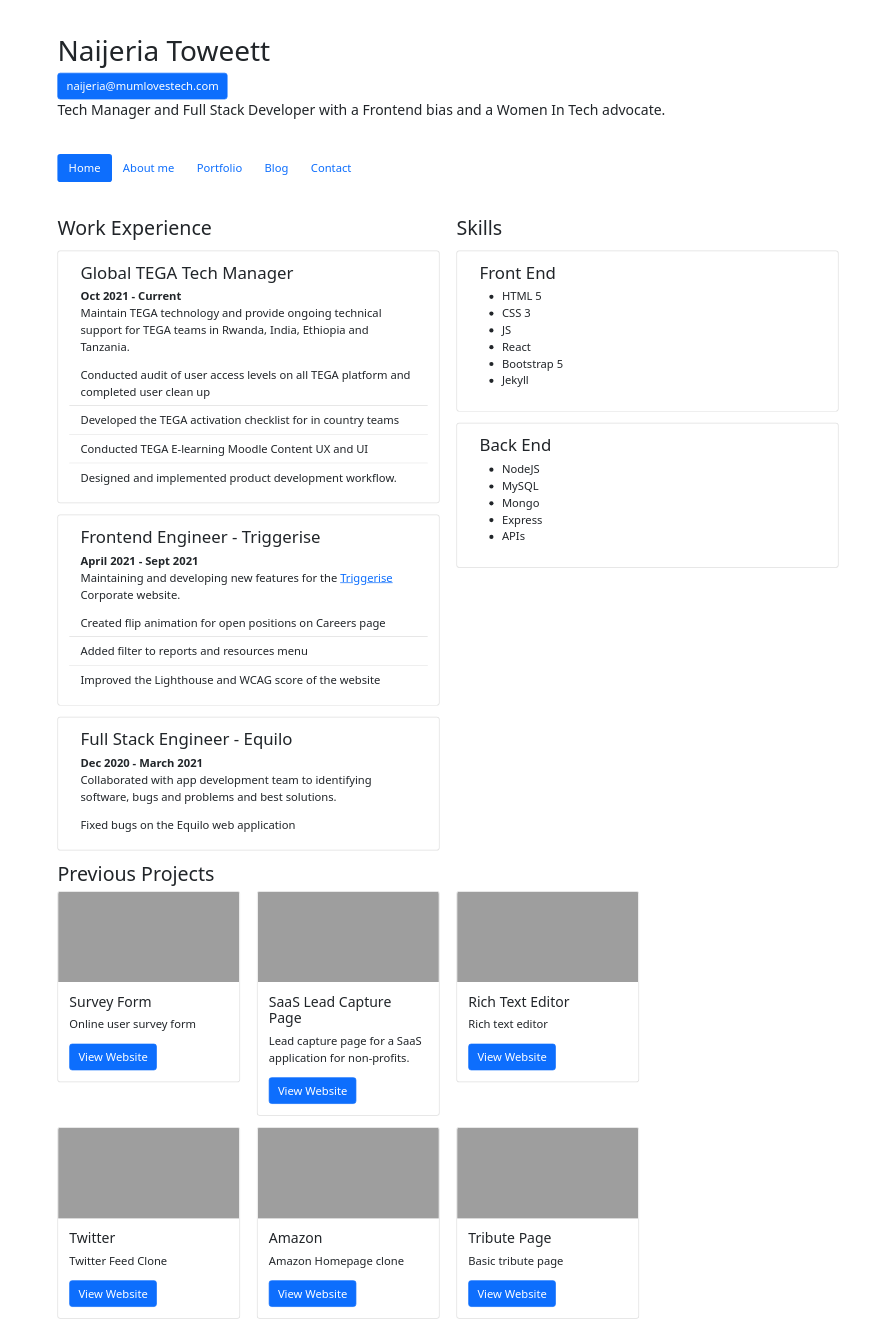
Repository: mamatechafrica/portfolio
Page: index.html
The author's editor kept a copy of each file at every save. The page is drawn from the files as they stood at one save, then again after the next save.
The browser window is 1280 px wide. The pictures show the whole page, at 70% of full size.
Pictures or frames that could not be fetched are drawn as grey boxes.

Above is the page before, as saved 2022-01-04 20:03:27.

After the next save:
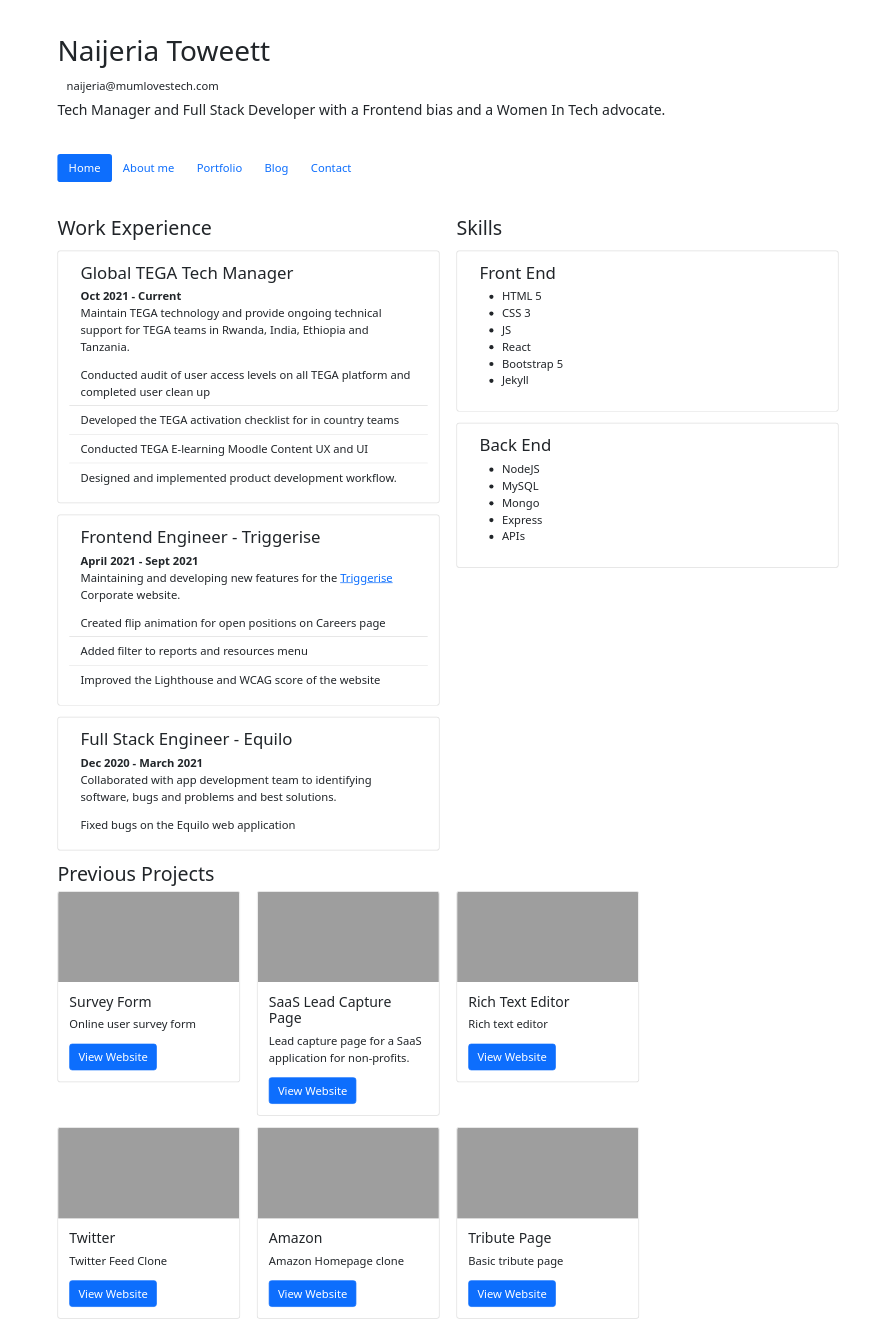
Saved 3 min 37 s later.
--- a/index.html
+++ b/index.html
@@ -13,7 +13,7 @@
     <body>
         <div class="container my-5">
             <h1>Naijeria Toweett</h1>
-            <a href="mailto:naijeria@mumlovestech.com" type="button" class="btn btn-primary">
+            <a href="mailto:naijeria@mumlovestech.com" type="button" class="btn btn-prim">
                 naijeria@mumlovestech.com
             </a>
             <p class="lead">
